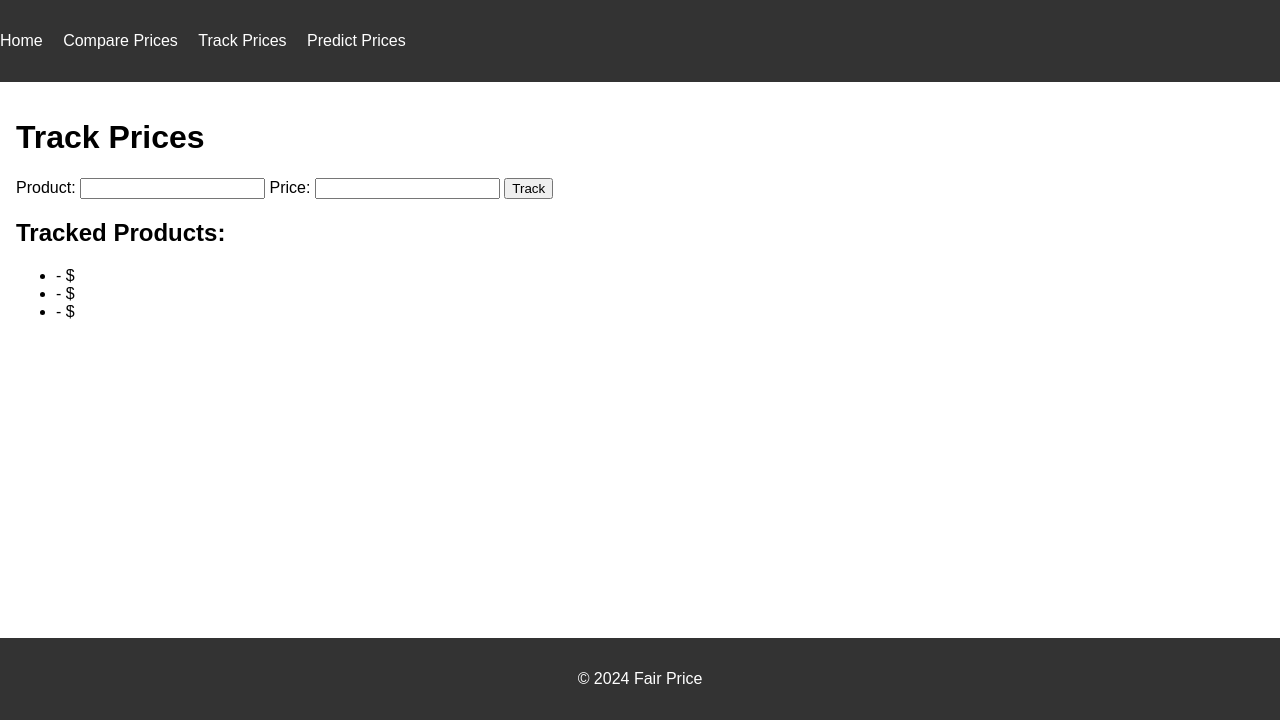
Repository: KanmegneTabouguie/Fairprice
Page: http://localhost/track
An editor plug-in stored every save of this project. The page is shown before and after the next save, followed by the edit.
The browser window is 1280 px wide. The pictures show the whole page.
The page is served by the project's application, run on Flask 3 (main.py). The page reads the database file committed with the project.

Above is the page before, as saved 2024-06-27 10:55:35.

### templates/track.html
{% extends "base.html" %}
{% block content %}
<h1>Track Prices</h1>
<form method="POST" action="{{ url_for('track_price') }}">
    <label for="product">Product:</label>
    <input type="text" id="product" name="product">
    <label for="price">Price:</label>
    <input type="text" id="price" name="price">
    <button type="submit">Track</button>
</form>
<h2>Tracked Products:</h2>
<ul>
{% for product in tracked_products %}
    <li>{{ product.product }} - ${{ product.price }}</li>
{% endfor %}
</ul>
{% endblock %}

### templates/base.html
<!DOCTYPE html>
<html lang="en">
<head>
    <meta charset="UTF-8">
    <meta name="viewport" content="width=device-width, initial-scale=1.0">
    <title>{{ title }}</title>
    <link rel="stylesheet" href="{{ url_for('static', filename='styles.css') }}">
</head>
<body>
    <header>
        <nav>
            <ul>
                <li><a href="{{ url_for('home') }}">Home</a></li>
                <li><a href="{{ url_for('compare_prices') }}">Compare Prices</a></li>
                <li><a href="{{ url_for('track_price') }}">Track Prices</a></li>
                <li><a href="{{ url_for('predict_price') }}">Predict Prices</a></li>
            </ul>
        </nav>
    </header>
    <main>
        {% with messages = get_flashed_messages(with_categories=true) %}
            {% if messages %}
                <ul class="flashes">
                {% for category, message in messages %}
                    <li class="{{ category }}">{{ message }}</li>
                {% endfor %}
                </ul>
            {% endif %}
        {% endwith %}
        {% block content %}{% endblock %}
    </main>
    <footer>
        <p>&copy; 2024 Fair Price</p>
    </footer>
</body>
</html>

### main.py
from flask import Flask, jsonify, request, render_template, redirect, url_for, flash
from flask_sqlalchemy import SQLAlchemy
from flask_migrate import Migrate
import requests
import datetime
import numpy as np
from sklearn.preprocessing import MinMaxScaler
from keras.models import Sequential
from keras.layers import Dense, LSTM

app = Flask(__name__)
app.config['SQLALCHEMY_DATABASE_URI'] = 'sqlite:///prices.db'
app.config['SQLALCHEMY_TRACK_MODIFICATIONS'] = False
app.config['SECRET_KEY'] = 'your_secret_key'
db = SQLAlchemy(app)
migrate = Migrate(app, db)

SERP_API_KEY = 'f89c9cc417e54bc265889dc64de7a0311943c49a466610515ebd2d898426ce1b'

class PriceHistory(db.Model):
    id = db.Column(db.Integer, primary_key=True)
    product = db.Column(db.String(100), nullable=False)
    price = db.Column(db.Float, nullable=False)
    timestamp = db.Column(db.DateTime, default=datetime.datetime.utcnow)

with app.app_context():
    db.create_all()

def fetch_prices(query):
    url = f"https://serpapi.com/search.json?engine=google&q={query}&api_key={SERP_API_KEY}"
    response = requests.get(url)
    data = response.json()
    prices = []
    for result in data.get('shopping_results', []):
        prices.append({
            'title': result['title'],
            'price': result['price'],
            'link': result['link'],
            'image': result.get('thumbnail', '')
        })
    return prices

@app.route('/')
def home():
    return render_template('home.html')

@app.route('/compare_prices', methods=['GET'])
def compare_prices():
    query = request.args.get('query')
    prices = []
    if query:
        prices = fetch_prices(query)
    return render_template('compare.html', prices=prices, query=query)

@app.route('/track', methods=['GET', 'POST'])
def track_price():
    if request.method == 'POST':
        product = request.form['product']
        price = request.form['price']
        if product and price:
            new_price = PriceHistory(product=product, price=float(price))
            db.session.add(new_price)
            db.session.commit()
            flash("Price tracked successfully", "success")
        else:
            flash("Product and price are required", "danger")
    tracked_products = db.session.query(PriceHistory.product).distinct().all()
    return render_template('track.html', tracked_products=[p[0] for p in tracked_products])

@app.route('/history/<product>', methods=['GET'])
def get_price_history(product):
    prices = PriceHistory.query.filter_by(product=product).all()
    if not prices:
        flash("Product not found", "danger")
        return redirect(url_for('track_price'))
    return render_template('history.html', product=product, prices=prices)

def prepare_data(prices):
    prices = np.array([p.price for p in prices]).reshape(-1, 1)
    scaler = MinMaxScaler(feature_range=(0, 1))
    prices = scaler.fit_transform(prices)
    X, y = [], []
    for i in range(3, len(prices)):
        X.append(prices[i-3:i, 0])
        y.append(prices[i, 0])
    X, y = np.array(X), np.array(y)
    X = np.reshape(X, (X.shape[0], X.shape[1], 1))
    return X, y, scaler

@app.route('/predict', methods=['GET', 'POST'])
def predict_price():
    if request.method == 'POST':
        product = request.form['product']
        prices = PriceHistory.query.filter_by(product=product).all()
        if not product or not prices:
            flash("Product not found or no price history available", "danger")
            return redirect(url_for('predict_price'))
        if len(prices) < 4:
            flash("Not enough data to make a prediction", "danger")
            return redirect(url_for('predict_price'))

        X, y, scaler = prepare_data(prices)

        model = Sequential()
        model.add(LSTM(units=50, return_sequences=True, input_shape=(X.shape[1], 1)))
        model.add(LSTM(units=50))
        model.add(Dense(1))
        model.compile(optimizer='adam', loss='mean_squared_error')
        model.fit(X, y, epochs=20, batch_size=1, verbose=0)

        last_prices = np.array([p.price for p in prices[-3:]]).reshape(-1, 1)
        last_prices = scaler.transform(last_prices)
        last_prices = np.reshape(last_prices, (1, last_prices.shape[0], 1))

        predicted_price = model.predict(last_prices)
        predicted_price = scaler.inverse_transform(predicted_price)[0][0]

        return render_template('predict.html', product=product, predicted_price=predicted_price)
    return render_template('predict_form.html')

if __name__ == '__main__':
    app.run(debug=True)

### static/styles.css
body {
    font-family: Arial, sans-serif;
    margin: 0;
    padding: 0;
    box-sizing: border-box;
}

header {
    background-color: #333;
    color: #fff;
    padding: 1em 0;
}

header nav ul {
    list-style-type: none;
    padding: 0;
}

header nav ul li {
    display: inline;
    margin-right: 1em;
}

header nav ul li a {
    color: #fff;
    text-decoration: none;
}

main {
    padding: 1em;
}

footer {
    background-color: #333;
    color: #fff;
    text-align: center;
    padding: 1em 0;
    position: absolute;
    bottom: 0;
    width: 100%;
}

.flashes {
    list-style-type: none;
    padding: 0;
}

.flashes li {
    margin-bottom: 1em;
    padding: 1em;
    border-radius: 5px;
}

.flashes .success {
    background-color: #d4edda;
    color: #155724;
}

.flashes .danger {
    background-color: #f8d7da;
    color: #721c24;
}

### instance/prices.db (the tables this page reads, as SQL)
CREATE TABLE price_history (
	id INTEGER NOT NULL, 
	product VARCHAR(100) NOT NULL, 
	price FLOAT NOT NULL, 
	timestamp DATETIME, 
	PRIMARY KEY (id)
);
INSERT INTO "price_history" VALUES
(1, 'macbook', 300.0, '2024-06-27 07:30:19.209499'),
(2, 'macbook', 400.0, '2024-06-27 08:17:33.304376'),
(3, 'macbook', 400.0, '2024-06-27 08:26:42.698630'),
(4, 'macbook', 100.0, '2024-06-27 08:29:14.855854'),
(5, 'iphone', 300.0, '2024-06-27 08:50:07.259010'),
(6, 'iphone', 400.0, '2024-06-27 08:50:16.498979'),
(7, 'iphone', 500.0, '2024-06-27 08:50:30.553303'),
(8, 'iphone', 600.0, '2024-06-27 08:51:36.528827'),
(9, 'samsung', 300.0, '2024-06-30 09:28:51.260367'),
(10, 'samsung', 100.0, '2024-06-30 09:29:10.143466'),
(11, 'samsung', 500.0, '2024-06-30 09:29:15.990191'),
(12, 'samsung', 600.0, '2024-06-30 09:29:22.306582');

After the next save:
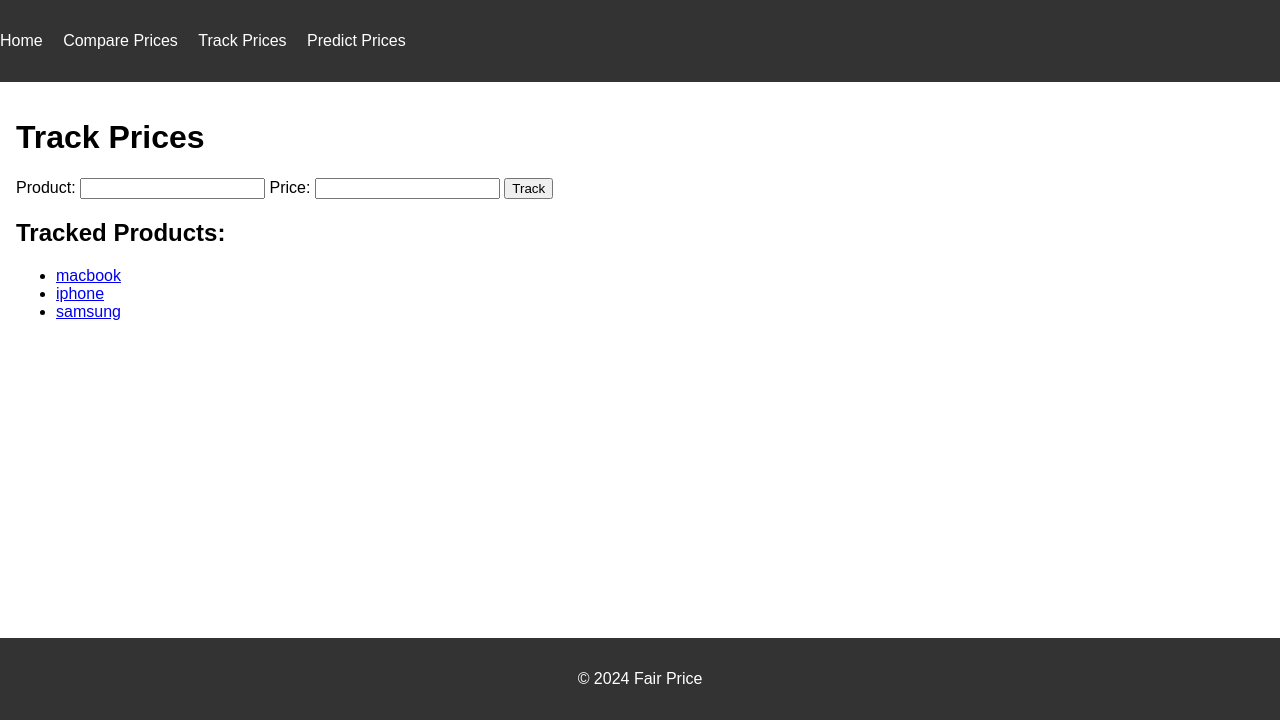
Saved 23 s later.
--- a/templates/track.html
+++ b/templates/track.html
@@ -11,7 +11,7 @@
 <h2>Tracked Products:</h2>
 <ul>
 {% for product in tracked_products %}
-    <li>{{ product.product }} - ${{ product.price }}</li>
+    <li><a href="{{ url_for('get_price_history', product=product) }}">{{ product }}</a></li>
 {% endfor %}
 </ul>
 {% endblock %}
